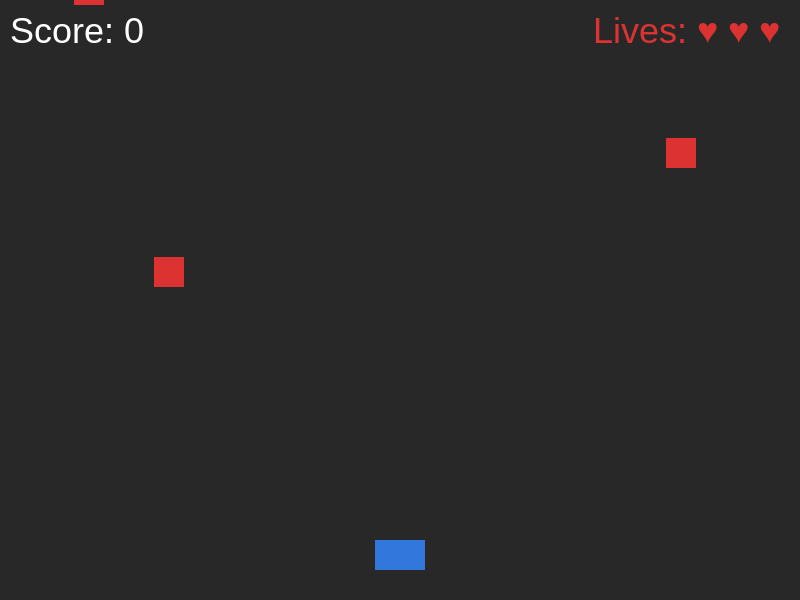
Repository: Magodang/20260181
Script's output: python week5fd/week5.py
An editor plug-in stored every save of this project. The script's output is shown before and after the next save, followed by the edit.
The window is shown after at most 60 frames with no key pressed. A system font it names is replaced by a similar one. Random numbers start from a fixed seed.

Above is the script's output before, as saved 2026-03-31 14:41:51.

### week5fd/week5.py
import pygame
import random
import sys

pygame.init()

def get_korean_font(size):
    candidates = ["malgungothic", "applegothic", "nanumgothic", "notosanscjk"]
    for name in candidates:
        font = pygame.font.SysFont(name, size)
        if font.get_ascent() > 0:
            return font
    return pygame.font.SysFont(None, size)

WIDTH, HEIGHT = 800, 600
FPS = 60

WHITE  = (255, 255, 255)
BLUE   = (50, 120, 220)
RED    = (220, 50, 50)
GRAY   = (40, 40, 40)

screen = pygame.display.set_mode((WIDTH, HEIGHT))
pygame.display.set_caption("Dodger")
clock = pygame.time.Clock()
font = get_korean_font(36)
font_big = get_korean_font(72)

PLAYER_W, PLAYER_H = 50, 30
ENEMY_W,  ENEMY_H  = 30, 30

SPAWN_DELAY = 20
MIN_SPEED = 5
MAX_SPEED = 10

# 수정된 함수
def spawn_enemy(score):
    is_big = False

    if score >= 50 and random.random() < 0.05:
        is_big = True

    if is_big:
        w = ENEMY_W * 2
        h = ENEMY_H * 2
        speed = int(random.randint(MIN_SPEED, MAX_SPEED) * 0.7)
    else:
        w = ENEMY_W
        h = ENEMY_H
        speed = random.randint(MIN_SPEED, MAX_SPEED)

    x = random.randint(0, WIDTH - w)
    return pygame.Rect(x, -h, w, h), speed

# 수정된 HUD
def draw_hud(score, lives):
    screen.blit(font.render(f"Score: {score}", True, WHITE), (10, 10))

    life_text = font.render(f"Lives: {'♥ ' * lives}", True, RED)
    screen.blit(life_text, (WIDTH - life_text.get_width() - 10, 10))

def game_over_screen(score):
    screen.fill(GRAY)
    screen.blit(font_big.render("GAME OVER", True, RED), (220, 220))
    screen.blit(font.render(f"Score: {score}", True, WHITE), (350, 310))
    screen.blit(font.render("R: Restart   Q: Quit", True, WHITE), (270, 360))
    pygame.display.flip()
    while True:
        for e in pygame.event.get():
            if e.type == pygame.QUIT:
                pygame.quit(); sys.exit()
            if e.type == pygame.KEYDOWN:
                if e.key == pygame.K_r: return True
                if e.key == pygame.K_q: pygame.quit(); sys.exit()

def main():
    player = pygame.Rect(WIDTH // 2 - PLAYER_W // 2, HEIGHT - 60, PLAYER_W, PLAYER_H)
    enemies = []
    score = 0
    lives = 3
    spawn_timer = 0
    invincible = 0

    while True:
        clock.tick(FPS)

        for e in pygame.event.get():
            if e.type == pygame.QUIT:
                pygame.quit(); sys.exit()

        keys = pygame.key.get_pressed()
        if keys[pygame.K_LEFT]  and player.left  > 0:     player.x -= 5
        if keys[pygame.K_RIGHT] and player.right < WIDTH: player.x += 5
        if keys[pygame.K_UP]    and player.top   > 0:     player.y -= 5
        if keys[pygame.K_DOWN]  and player.bottom < HEIGHT: player.y += 5

        spawn_timer += 1
        if spawn_timer >= SPAWN_DELAY:
            spawn_timer = 0
            rect, speed = spawn_enemy(score)
            enemies.append([rect, speed])

        survived = []
        for pair in enemies:
            pair[0].y += pair[1]
            if pair[0].top < HEIGHT:
                survived.append(pair)
            else:
                score += 1
        enemies = survived

        if invincible > 0:
            invincible -= 1
        else:
            for pair in enemies:
                if player.colliderect(pair[0]):
                    lives -= 1
                    invincible = 90
                    enemies.clear()
                    if lives <= 0:
                        if game_over_screen(score):
                            main()
                        return
                    break

        screen.fill(GRAY)

        blink = (invincible // 10) % 2 == 0
        if blink:
            pygame.draw.rect(screen, BLUE, player)

        for pair in enemies:
            pygame.draw.rect(screen, RED, pair[0])

        draw_hud(score, lives)
        pygame.display.flip()

main()

After the next save:
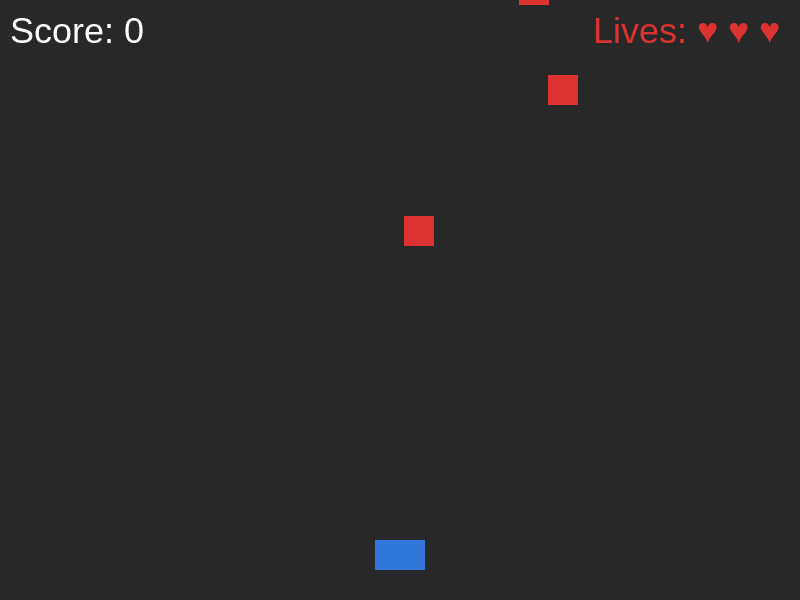
Saved 3 min 29 s later.
--- a/week5fd/week5.py
+++ b/week5fd/week5.py
@@ -31,33 +31,42 @@ ENEMY_W,  ENEMY_H  = 30, 30
 
 SPAWN_DELAY = 20
 MIN_SPEED = 5
-MAX_SPEED = 10
+MAX_SPEED = 8
 
-# 수정된 함수
 def spawn_enemy(score):
-    is_big = False
+    rand = random.random()
 
-    if score >= 50 and random.random() < 0.05:
-        is_big = True
+    # ===== 빠른 소형 적 (최우선 조건) =====
+    if score >= 120 and rand < 0.05:
+        w = int(ENEMY_W * 0.7)
+        h = int(ENEMY_H * 0.7)
+        speed = int(random.randint(MIN_SPEED, MAX_SPEED) * 1.5)
+        enemy_type = "fast"
 
-    if is_big:
-        w = ENEMY_W * 2
-        h = ENEMY_H * 2
-        speed = int(random.randint(MIN_SPEED, MAX_SPEED) * 0.7)
+    # ===== 거대 적 =====
+    elif score >= 50 and rand < 0.03:
+        w = ENEMY_W * 4
+        h = ENEMY_H * 4
+        speed = int(random.randint(MIN_SPEED, MAX_SPEED) * 0.5)
+        enemy_type = "big"
+
+    # ===== 기본 적 =====
     else:
         w = ENEMY_W
         h = ENEMY_H
         speed = random.randint(MIN_SPEED, MAX_SPEED)
+        enemy_type = "normal"
 
     x = random.randint(0, WIDTH - w)
-    return pygame.Rect(x, -h, w, h), speed
+    return pygame.Rect(x, -h, w, h), speed, enemy_type
 
-# 수정된 HUD
+
 def draw_hud(score, lives):
     screen.blit(font.render(f"Score: {score}", True, WHITE), (10, 10))
 
     life_text = font.render(f"Lives: {'♥ ' * lives}", True, RED)
     screen.blit(life_text, (WIDTH - life_text.get_width() - 10, 10))
+
 
 def game_over_screen(score):
     screen.fill(GRAY)
@@ -72,6 +81,7 @@ def game_over_screen(score):
             if e.type == pygame.KEYDOWN:
                 if e.key == pygame.K_r: return True
                 if e.key == pygame.K_q: pygame.quit(); sys.exit()
+
 
 def main():
     player = pygame.Rect(WIDTH // 2 - PLAYER_W // 2, HEIGHT - 60, PLAYER_W, PLAYER_H)
@@ -97,23 +107,29 @@ def main():
         spawn_timer += 1
         if spawn_timer >= SPAWN_DELAY:
             spawn_timer = 0
-            rect, speed = spawn_enemy(score)
-            enemies.append([rect, speed])
+            rect, speed, etype = spawn_enemy(score)
+            enemies.append([rect, speed, etype])
 
         survived = []
-        for pair in enemies:
-            pair[0].y += pair[1]
-            if pair[0].top < HEIGHT:
-                survived.append(pair)
+        for rect, speed, etype in enemies:
+            rect.y += speed
+
+            if rect.top < HEIGHT:
+                survived.append([rect, speed, etype])
             else:
-                score += 1
+                # ===== 점수 처리 =====
+                if etype == "big":
+                    score += 5
+                else:
+                    score += 1
+
         enemies = survived
 
         if invincible > 0:
             invincible -= 1
         else:
-            for pair in enemies:
-                if player.colliderect(pair[0]):
+            for rect, speed, etype in enemies:
+                if player.colliderect(rect):
                     lives -= 1
                     invincible = 90
                     enemies.clear()
@@ -129,8 +145,14 @@ def main():
         if blink:
             pygame.draw.rect(screen, BLUE, player)
 
-        for pair in enemies:
-            pygame.draw.rect(screen, RED, pair[0])
+        # ===== 적 색상 구분 =====
+        for rect, speed, etype in enemies:
+            if etype == "big":
+                pygame.draw.rect(screen, (255, 120, 120), rect)  # 연한 빨강
+            elif etype == "fast":
+                pygame.draw.rect(screen, (255, 255, 0), rect)    # 노랑
+            else:
+                pygame.draw.rect(screen, RED, rect)
 
         draw_hud(score, lives)
         pygame.display.flip()
